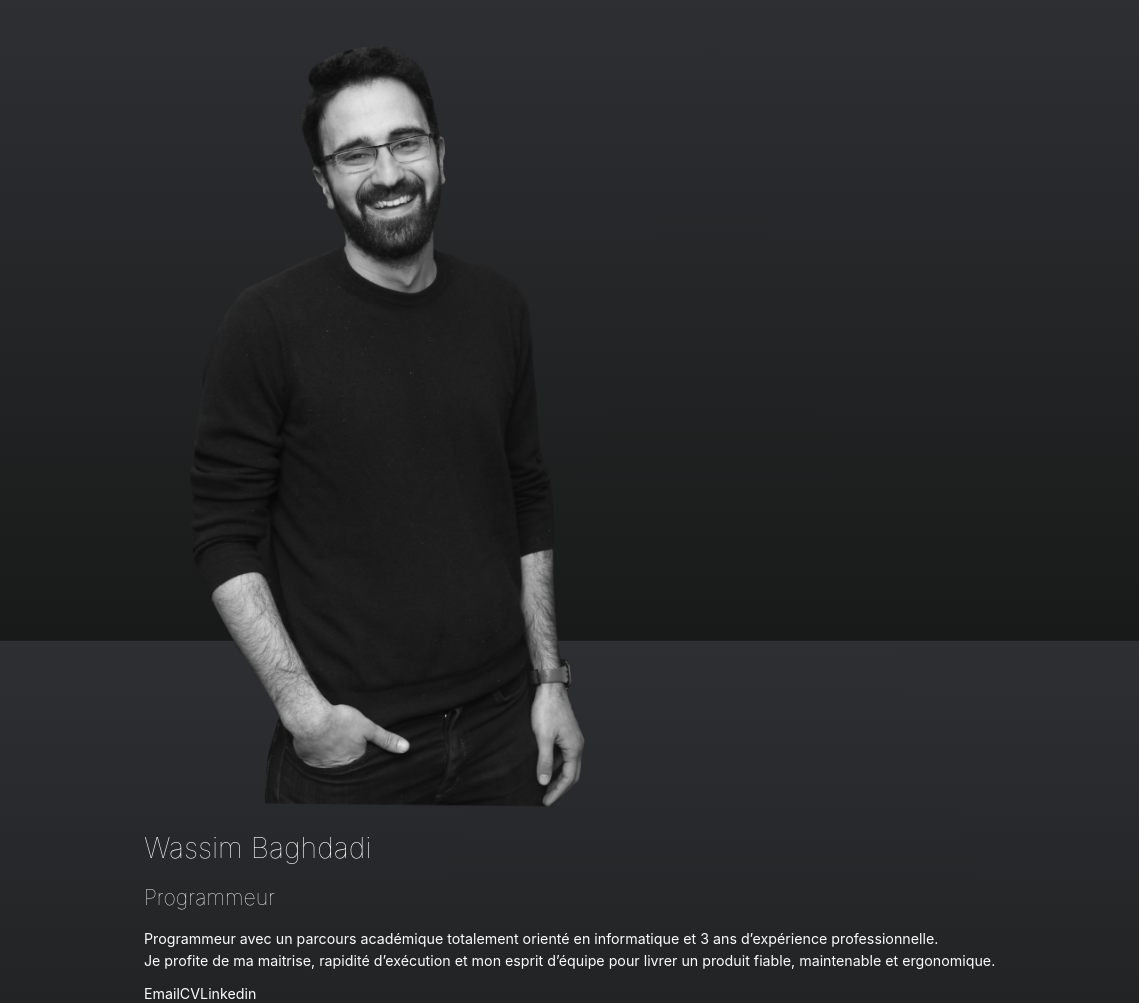
Repository: vvassim-baghdadi/wassimbaghdadi
Page: /
These files come from the project's save history. The page is drawn as it stood at one moment and after the next save; the edit follows.
The browser window is 1280 px wide. The pictures show the whole page, at 89% of full size.
The project was rebuilt for these pictures with package versions that can differ from the ones it lists, and the page was loaded fresh each time. The framework's server and built-in components were replaced by stand-ins that run in the browser. Also part of the build but not shown: next.config.js.

Above is the page before, as saved 2023-01-18 12:11:41.

### src/pages/index.tsx
import Head from 'next/head'
import Image from 'next/image'
import { Inter } from '@next/font/google'
import styles from '@/styles/Home.module.css'

const inter = Inter({ subsets: ['latin'] })

export default function Home() {
  return (
    <>
      <Head>
        <title>Wassim Baghdadi</title>
        <meta name="description" content="Generated by create next app" />
        <meta name="viewport" content="width=device-width, initial-scale=1" />
        <link rel="icon" href="/favicon.ico" />
      </Head>
      <main className={styles.main}>
        <div className="content">
        <div className="image-container">
          <img
            srcSet="
              /assets/images/wassim-baghdadi/wassim-baghdadi-600x900.png 600w,
              /assets/images/wassim-baghdadi/wassim-baghdadi-200x300.png 200w
            "
            sizes="(max-width: 600px) 200px, 600px"
            src="/assets/images/wassim baghdadi/Wassim Baghdadi 600x900.png"
            loading="lazy"
            className="wassim-photo"
            alt="Wassim Baghdadi Photo"
          />
        </div>
        <div className="info">
          <h1>Wassim Baghdadi</h1>
          <h2>Programmeur</h2>
          <p>
            Programmeur avec un parcours académique totalement orienté en
            informatique et 3 ans d’expérience professionnelle.
            <br />
            Je profite de ma maitrise, rapidité d’exécution et mon esprit
            d’équipe pour livrer un produit fiable, maintenable et ergonomique.
          </p>
          <div className="links">
            <a
              className="button"
              href="mailto:vvassim.baghdadi@gmail.com"
              download
              target="_blank"
              >Email</a
            ><a
              className="button"
              href="./assets/files/CV-Wassim Baghdadi.pdf"
              download
              target="_blank"
              >CV</a
            >
            <a
              className="button"
              href="https://www.linkedin.com/in/wassim-baghdadi-7459b210a/"
              >Linkedin</a
            >
          </div>
        </div>
      </div>

      </main>
    </>
  )
}

### src/styles/globals.css
html {
  width: 100%;
  height: 100%;
  background-color: black;
  background-image: linear-gradient(180deg, #2e2f33 0%, #181a19 100%);
}
body {
  color: white;
  font-family: -apple-system, BlinkMacSystemFont, "Segoe UI", "Ubuntu", "Roboto",
    "Oxygen", "Helvetica Neue", Arial, sans-serif;
}
main {
  display: flex;
  justify-content: center;
}
h1,
h2 {
  font-weight: lighter;
}
a {
  color: white;
  text-decoration: none;
}
p {
  line-height: 1.5;
}

### src/styles/Home.module.css
/* Custom elements */
.button {
  text-transform: uppercase;
  padding: 0.5rem;
  border: 1px solid white;
  width: fit-content;
}
.content {
  display: flex;
}
@media screen and (max-width: 599px) {
  .content {
    flex-direction: column;
    justify-content: center;
  }
  .image-container {
    display: flex;
    justify-content: center;
  }
}
@media screen and (min-width: 600px) {
  .content {
    max-width: 1440px;
    flex-direction: row;
    justify-content: center;
    align-items: center;
  }
}
.info {
  padding: 1rem;
}
.links {
  display: flex;
}
.links > *:not(:first-child) {
  margin-left: 1rem;
}

Loaded but not shown: src/pages/_app.tsx (common file); src/pages/_document.tsx (common file)

After the next save:
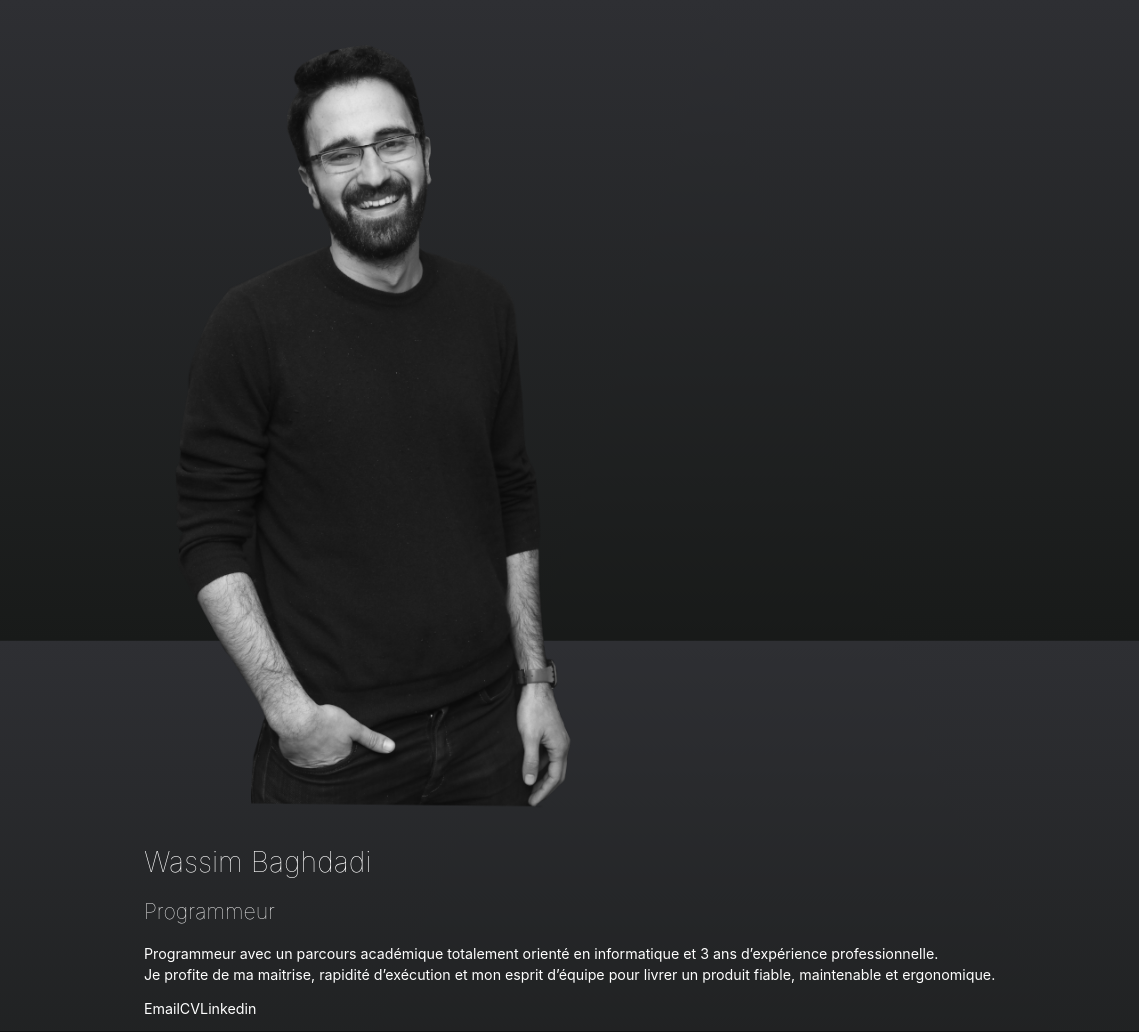
Saved 2 min 48 s later.
--- a/src/pages/index.tsx
+++ b/src/pages/index.tsx
@@ -1,7 +1,7 @@
 import Head from 'next/head'
 import Image from 'next/image'
 import { Inter } from '@next/font/google'
-import styles from '@/styles/Home.module.css'
+import styles from '../styles/Home.module.css'
 
 const inter = Inter({ subsets: ['latin'] })
 
@@ -29,7 +29,7 @@ export default function Home() {
             alt="Wassim Baghdadi Photo"
           />
         </div>
-        <div className="info">
+        <div className={styles.info}>
           <h1>Wassim Baghdadi</h1>
           <h2>Programmeur</h2>
           <p>
